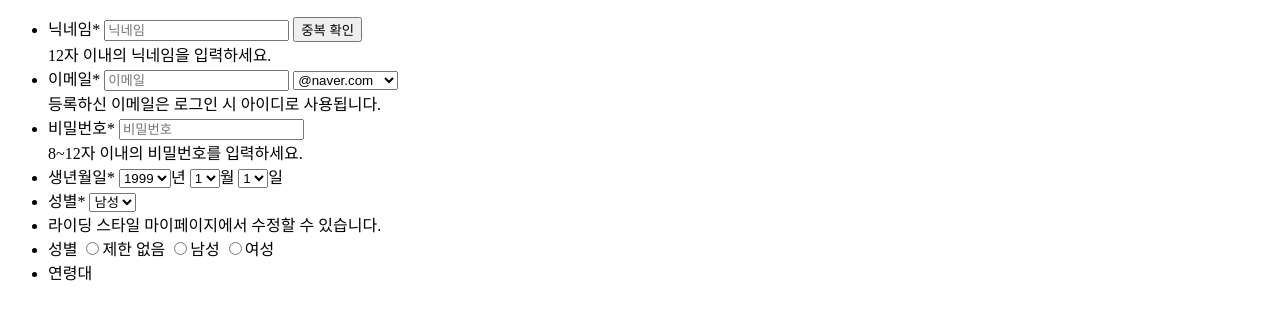
Repository: onpul/TEAM1
Page: http://localhost/Riding/mj/JoinForm.jsp
The author's editor kept a copy of each file at every save. The page is drawn from the files as they stood at one save, then again after the next save.
The browser window is 1280 px wide. The pictures show the whole page.
The page is served by Tomcat 9. Other server files are loaded and not shown.

Above is the page before, as saved 2022-06-04 09:41:40.

### Riding/WebContent/mj/JoinForm.jsp
<%@page import="org.apache.jasper.tagplugins.jstl.core.ForEach"%>
<%@ page contentType="text/html; charset=UTF-8"%>
<%
	request.setCharacterEncoding("UTF-8");
	String cp = request.getContextPath();
%>
<!DOCTYPE html>
<html>
<head>
<meta charset="UTF-8">
<title>JoinForm.jsp</title>
</head>
<body>

<div>
	<form action="">
		<ul>
			<li>닉네임* <input type="text" placeholder="닉네임"/> <button type="button">중복 확인</button></li>
			12자 이내의 닉네임을 입력하세요.
			<li>이메일* <input type="text" placeholder="이메일"/></textarea>
						<select name="" id="">
							<option value="네이버">@naver.com</option>
							<option value="구글">@google.com</option>
							<option value="네이트">@nate.com</option>
						</select>
			</li>
			<span>등록하신 이메일은 로그인 시 아이디로 사용됩니다.</span>
			<li>비밀번호* <input type="password" placeholder="비밀번호"/></li>
			8~12자 이내의 비밀번호를 입력하세요.
			<li>생년월일*
				<select name="birthyear" id="birthyear">
					<option value="year">1999</option>
					<option value="year">2000</option>
					<option value="year">2001</option>
				</select>년
				<select name="birthmonth" id="birthmonth">
					<option value="month">1</option>
					<option value="month">2</option>
					<option value="month">3</option>
				</select>월
				<select name="birthday" id="birthday">
					<option value="day">1</option>
					<option value="day">2</option>
					<option value="day">3</option>
				</select>일
			</li>
			<li>성별*
				<select name="gender" id="gender">
					<option value="male">남성</option>
					<option value="female">여성</option>
				</select>
			</li>
			<li>라이딩 스타일 <span>마이페이지에서 수정할 수 있습니다.</span></li>
			<li>성별
				<input type="radio" name="gender" value="nolimit"/>제한 없음
				<input type="radio" name="gender" value="male"/>남성
				<input type="radio" name="gender" value="female"/>여성
			</li>
			<li>연령대

			</li>
		</ul>
	</form>
</div>

</body>
</html>

After the next save:
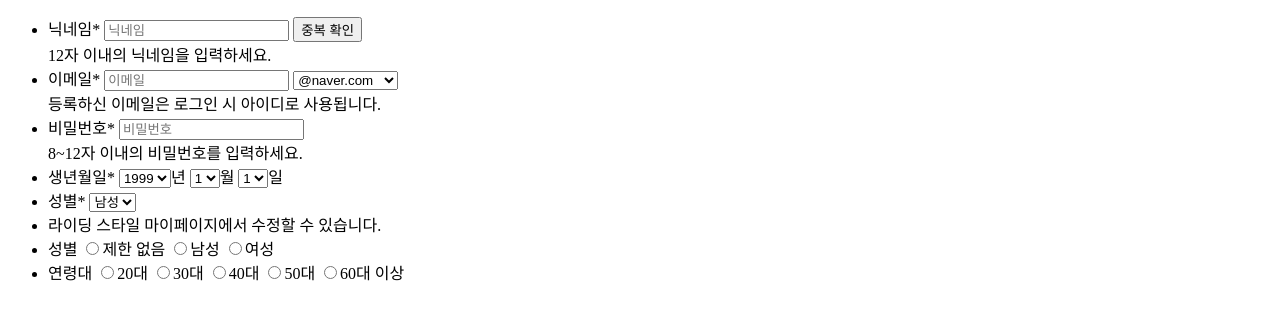
Saved 96 s later.
--- a/Riding/WebContent/mj/JoinForm.jsp
+++ b/Riding/WebContent/mj/JoinForm.jsp
@@ -57,7 +57,11 @@
 				<input type="radio" name="gender" value="female"/>여성
 			</li>
 			<li>연령대
-
+				<input type="radio" name="age" value="20"/>20대
+				<input type="radio" name="age" value="30"/>30대
+				<input type="radio" name="age" value="40"/>40대
+				<input type="radio" name="age" value="50"/>50대
+				<input type="radio" name="age" value="60"/>60대 이상
 			</li>
 		</ul>
 	</form>
